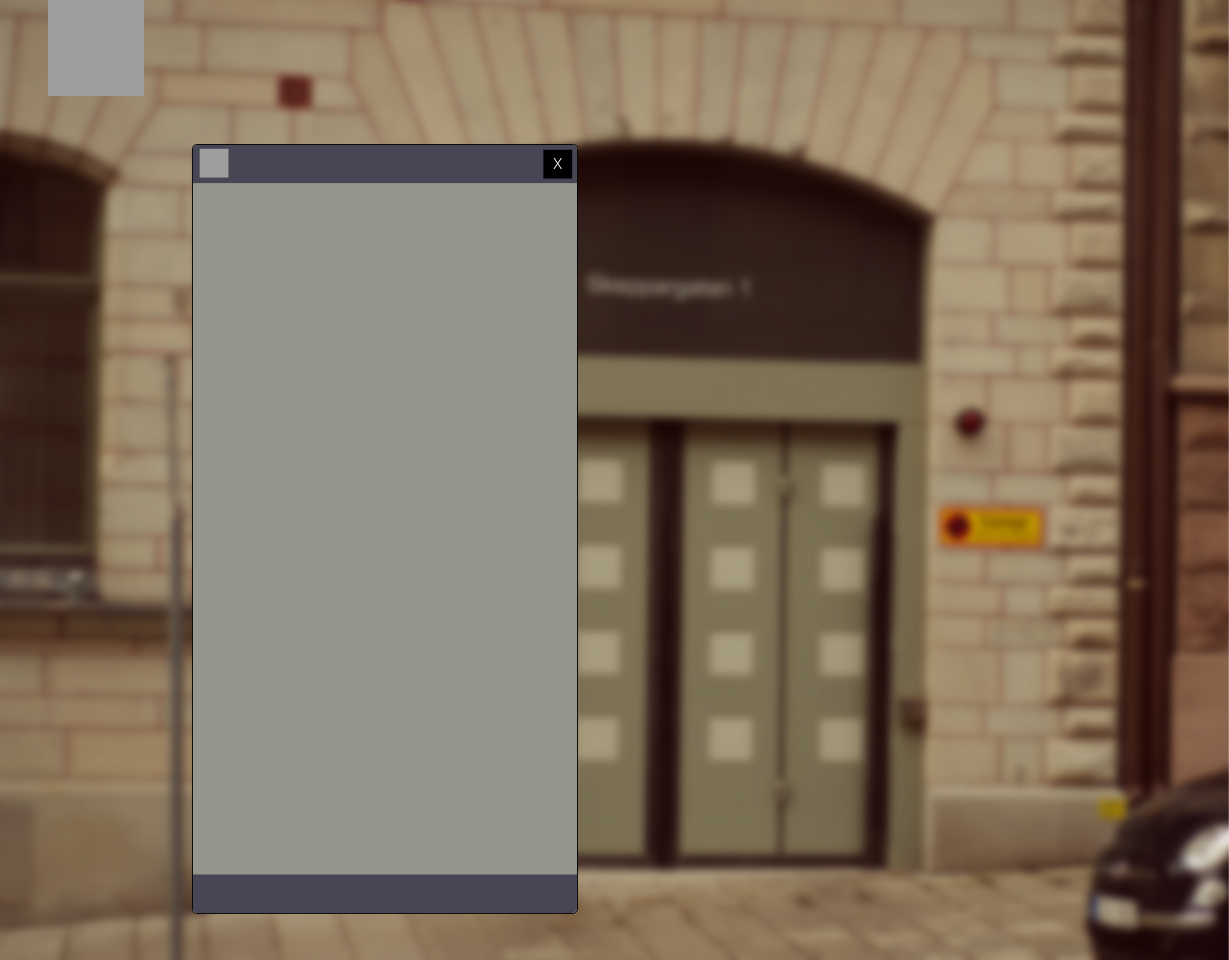
Repository: fl222hr/1dv403-laborationer
Page: 5-pwd/index.html
The author's editor kept a record of every edit. The page is drawn from the files as they stood at one moment, then again after the next edit.
The browser window is 1280 px wide. The pictures show the whole page, at 96% of full size.
Pictures or frames that could not be fetched are drawn as grey boxes. Some web libraries are served in a nearby version.

Above is the page before.

### 5-pwd/index.html
<!DOCTYPE html>
<html>
    <head>
        <link href='http://fonts.googleapis.com/css?family=Source+Sans+Pro:200,300,400,600,700,900,200italic,300italic,400italic,600italic,700italic,900italic' rel='stylesheet' type='text/css'>
        <link href="//maxcdn.bootstrapcdn.com/font-awesome/4.2.0/css/font-awesome.min.css" rel="stylesheet">
        <link href="css/custom.css" rel="stylesheet">
        <meta charset="utf-8">
        <link href='http://fonts.googleapis.com/css?family=Roboto:400,300' rel='stylesheet' type='text/css'>
    <title>Desktop App</title>
    </head>
    <body>
    <script src="Popup.js"></script>
    <script src="Desktop.js"></script>




    </body>
</html>

### 5-pwd/css/custom.css
/*#B7B6C1
*/
body{
    padding:0px;
    margin:0px;
    font-family: 'Roboto', sans-serif;
    font-weight:lighter;
}
#desktop{
    overflow:hidden;
    margin-left:auto;
    margin-right:auto;
    width:100%;
    height:1000px;
    background-size:cover;
}

.icon{
    width:100px;
    height:100px;
    margin-left:50px;
    margin-right:50px;
    background-size:contain;
    cursor:pointer;
}

.popup{
    background-color:#94958B;
    border-radius:5px;
    border-style:solid;
    border-color:black;
    border-width:1px;
}

.topBar{
    width:100%;
    height:5%;
    background-color:#464655;
    border-top-left-radius:5px;
    border-top-right-radius:5px;
}

.headline{
    margin-left:5px;
    margin-top:2px;
    height:35px;
    float:left;
}

.headlineIcon{
    float:left;
    margin-left:2px;
    margin-top:2px;
    height:30px;
    width:30px;
    background-size:contain;
}

.headlineText{
    float:left;
    color:white;
    line-height:30px;
    margin-top:2px;
    margin-left:5px;
}

.closeButton{
    text-align:center;
    line-height:30px;
    color:white;
    margin-top:5px;
    margin-right:5px;
    height:30px;
    width:30px;
    background-color:black;
    float:right;
    cursor:pointer;
}

.closeButton:hover{
    cursor:pointer;
}

.popupContent{
    width:100%;
    height:90%;
    background-color:#94958B;
    overflow:scroll;
}

.bottomBar{
    width:100%;
    height:5%;
    background-color:#464655;
    border-bottom-left-radius:5px;
    border-bottom-right-radius:5px;
}

.container{
    background-color:#94958B;
    -webkit-transform: rotate(-90deg);
    -moz-transform: rotate(-90deg);
    -ms-transform: rotate(-90deg);
    -o-transform: rotate(-90deg);
    transform: rotate(-90deg);
    border-bottom-right-radius:10px;
    border-style:solid;
    border-color:gray;
}
.tab{
    color:white;
    border-top-left-radius:10px;
    border-top-right-radius:10px;
    font-size:16px;
    height:30px;
    position:absolute;
    background-color:#464655;
    text-align:center;
    -webkit-transition:all .5s ease-out;
    -moz-transition:all .5s ease-out;
    -ms-transition:all .5s ease-out;
    -o-transition:all .5s ease-out;
    transition:all .5s ease-out;
    -webkit-transform: rotate(90deg);
    -moz-transform: rotate(90deg);
    -ms-transform: rotate(90deg);
    -o-transform: rotate(90deg);
    transform: rotate(90deg);
    padding:0px;
}

.tabActive{
    color:white;
    border-top-left-radius:10px;
    border-top-right-radius:10px;
    -webkit-transition:all .5s ease-out;
    -moz-transition:all .5s ease-out;
    -ms-transition:all .5s ease-out;
    -o-transition:all .5s ease-out;
    transition:all .5s ease-out;
    font-size:16px;
    height:30px;
    position:absolute;
    background-color:#464655;
    text-align:center;
    -webkit-transform: rotate(90deg) translate(0px, -400px);
    -moz-transform: rotate(90deg) translate(0px, -400px);
    -ms-transform: rotate(90deg) translate(0px, -400px);
    -o-transform: rotate(90deg) translate(0px, -400px);
    transform: rotate(90deg) translate(0px, -400px);
    padding:0px;
}

### 5-pwd/Popup.js
"use strict";

function Popup(ID, parent, name, iconURL, width, height, leftMargin, topMargin){

    var active = false;
    //Skapa popupen och sätt dess egenskaper
    var popup = document.createElement('div');
    popup.className = "popup";
    popup.style.width = width + "px";
    popup.style.height = height + "px";
    popup.style.marginLeft = leftMargin +"px";
    popup.style.marginTop = topMargin +"px";
    document.getElementById(parent).appendChild(popup);  //Addera popupen till Desktopen

    //Skapa top-baren
    var topBar = document.createElement('div');
    topBar.className = "topBar";
    popup.appendChild(topBar); //Addera TopBaren till popupen

        var headline = document.createElement('div');
        headline.className = "headline";
        topBar.appendChild(headline);

            var headlineIcon = document.createElement('div');
            headlineIcon.className = "headlineIcon";
            headlineIcon.style.backgroundImage =  "url(\""+iconURL+"\")";
            headline.appendChild(headlineIcon);

            var headlineText = document.createElement('div');
            headlineText.className = "headlineText";
            headline.appendChild(headlineText);

        var closeButton = document.createElement('div');
        closeButton.className = "closeButton";
        closeButton.innerHTML = "X";
        topBar.appendChild(closeButton);

    //Skapa content-diven i popupen
    var popupContent = document.createElement('div');
    popupContent.className = "popupContent";
    popupContent.ID = ID;
    popup.appendChild(popupContent);

    //Skapa bottom-baren
    var bottomBar = document.createElement('div');
    bottomBar.className = "bottomBar";
    popup.appendChild(bottomBar);

        var statusText = document.createElement('div');
        statusText.className = "statusText";
        bottomBar.appendChild(statusText);


    closeButton.onclick = function(){
    document.getElementById(parent).removeChild(popup);

    };

    this.setStatusText = function(text){
        statusText.innerHTML = text;
    };

    this.getParent = function(){
        return parent;
    };

    this.getWidth = function(){
      return width;
    };

}

### 5-pwd/Desktop.js
"use strict";

var DesktopApp ={

    defaultBackground: "images/default.png", //variable to keep url to default background
    backgrounIcon: "images/bgIcon.png",
    desktopID: "desktop",
    toolbarID: "toolbar",
    buttonID:"button",
    popupURL: "popup.html",

    init:function(){
    this.setupDesktop();
    this.setBackground(this.defaultBackground);
    },

    setupDesktop:function(){

    //Setup the desktop
    var desktop = document.createElement('div');
    desktop.id = this.desktopID;
    document.body.appendChild(desktop); //add the desktop to the "site"

    var icon = document.createElement('div');
    icon.className = "icon";
    icon.style.backgroundImage = "url(\""+this.backgrounIcon+"\")";
    desktop.appendChild(icon);

    icon.onclick = function(){
    document.getElementById(parent).removeChild(popup);

    };

    //var backgroundTab = new Tab("bgTab", this.desktopID, "Background", 400, 800, 50, 100);
    var popup = new Popup("bgPopup", this.desktopID, "Choose Background", this.backgrounIcon, 400, 800, 200, 50);
    },

    setBackground:function(imageUrl){
        console.log("Fired");
        document.getElementById(this.desktopID).style.backgroundImage = "url(\""+imageUrl+"\")";
    }
};

window.onload = function(){
    DesktopApp.init();
};


/*
//var win = open('index.html', 'example', 'width=1024,height=640')
win.focus()
win.onload = function() {
  var div = win.document.createElement('div')
  div.innerHTML = 'Welcome into the future!'
  div.style.fontSize = '30px'
  win.document.body.insertBefore(div, win.document.body.firstChild)
}
*/

After the next edit:
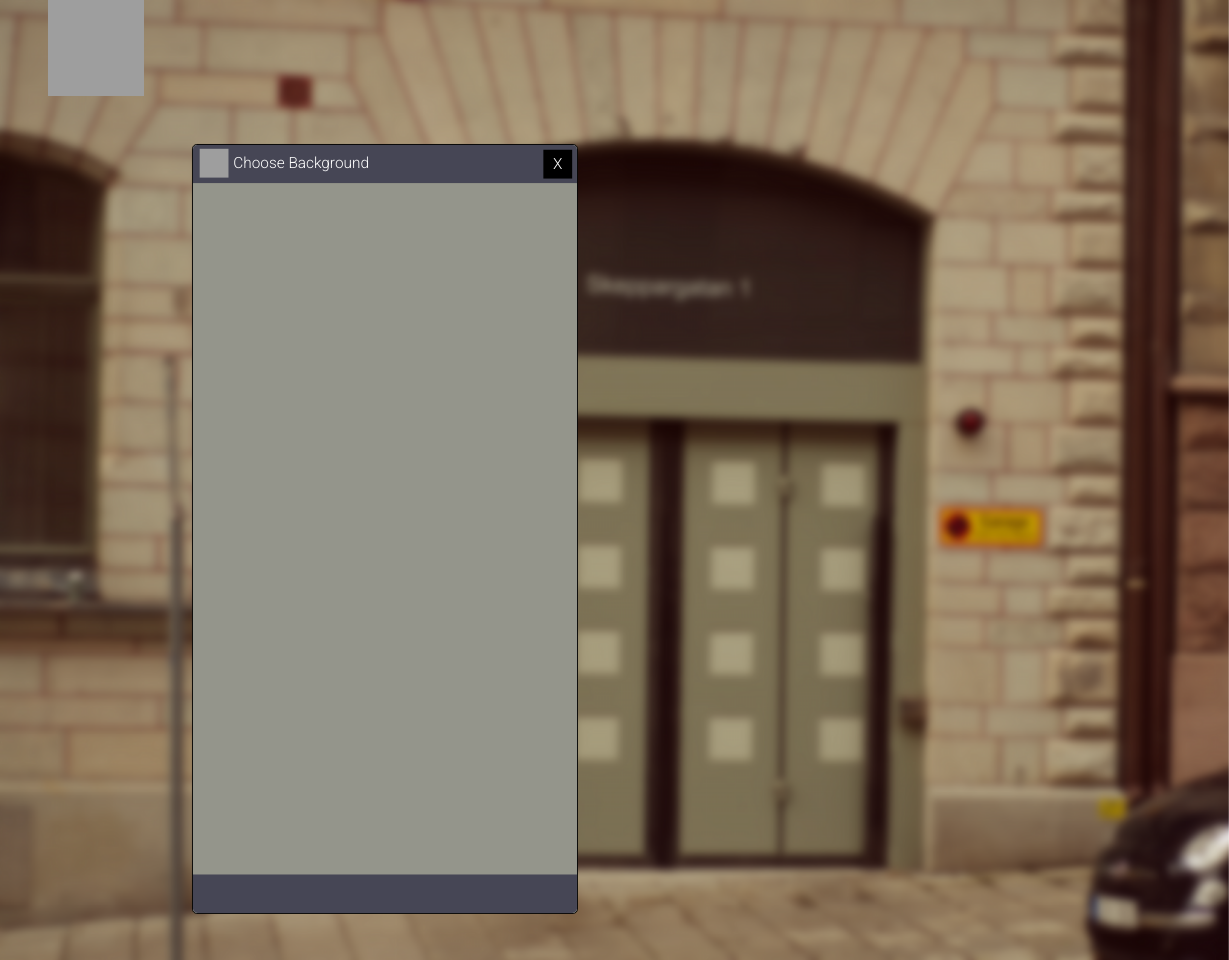
The edit:
--- a/5-pwd/Popup.js
+++ b/5-pwd/Popup.js
@@ -28,6 +28,7 @@
 
             var headlineText = document.createElement('div');
             headlineText.className = "headlineText";
+            headlineText.innerHTML = name;
             headline.appendChild(headlineText);
 
         var closeButton = document.createElement('div');
